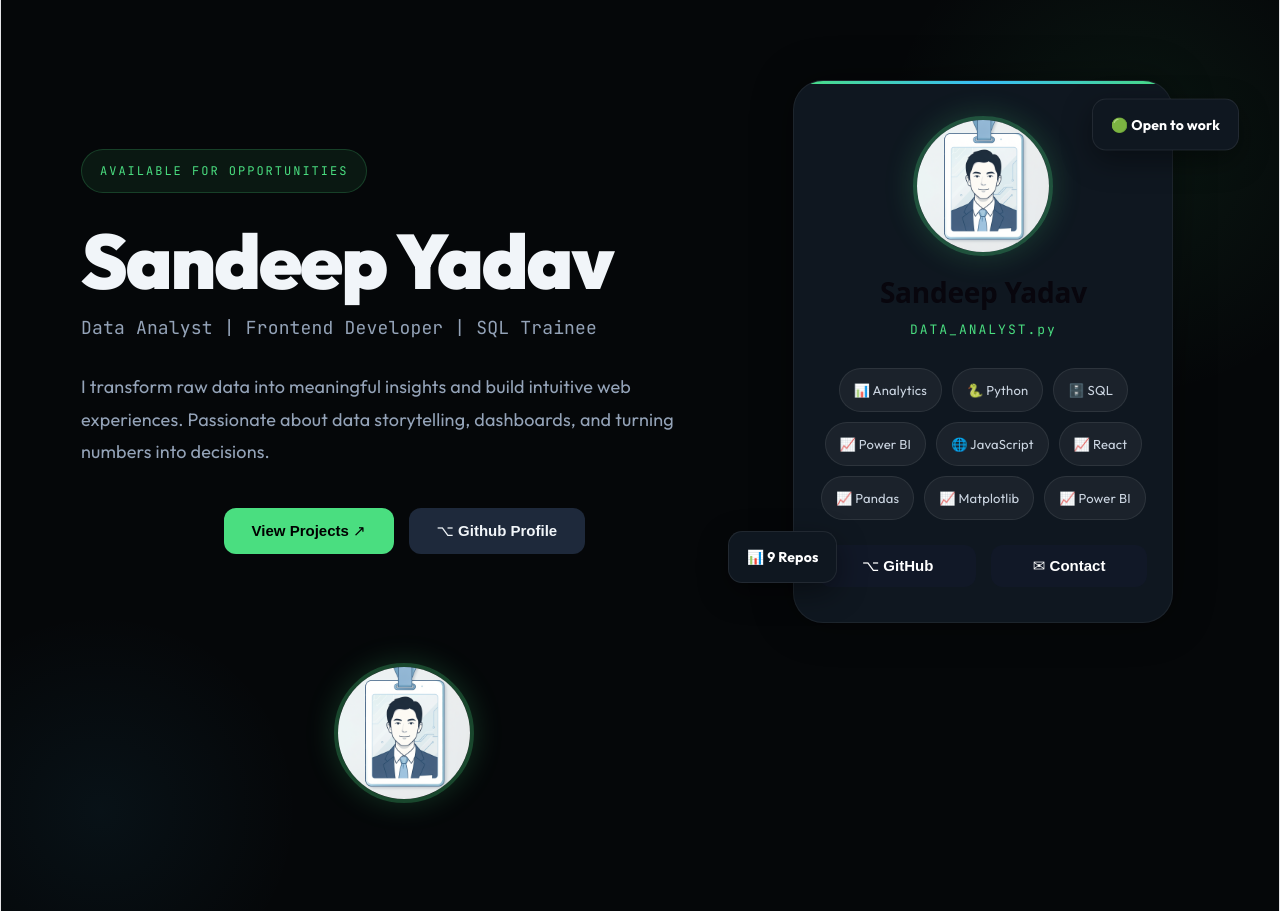
Repository: SandeepYadav18717/sandeepyadav
Page: / (app in Datanaltics_ portfolio/)
An editor plug-in stored every save of this project. The page is shown before and after the next save, followed by the edit.
The browser window is 1280 px wide. The pictures show the whole page.
The project was rebuilt for these pictures with package versions that can differ from the ones it lists, and the page was loaded fresh each time. Also part of the build but not shown: Datanaltics_ portfolio/vite.config.js, Datanaltics_ portfolio/src/App.css.

Above is the page before, as saved 2026-05-23 05:45:45.

After the next save:
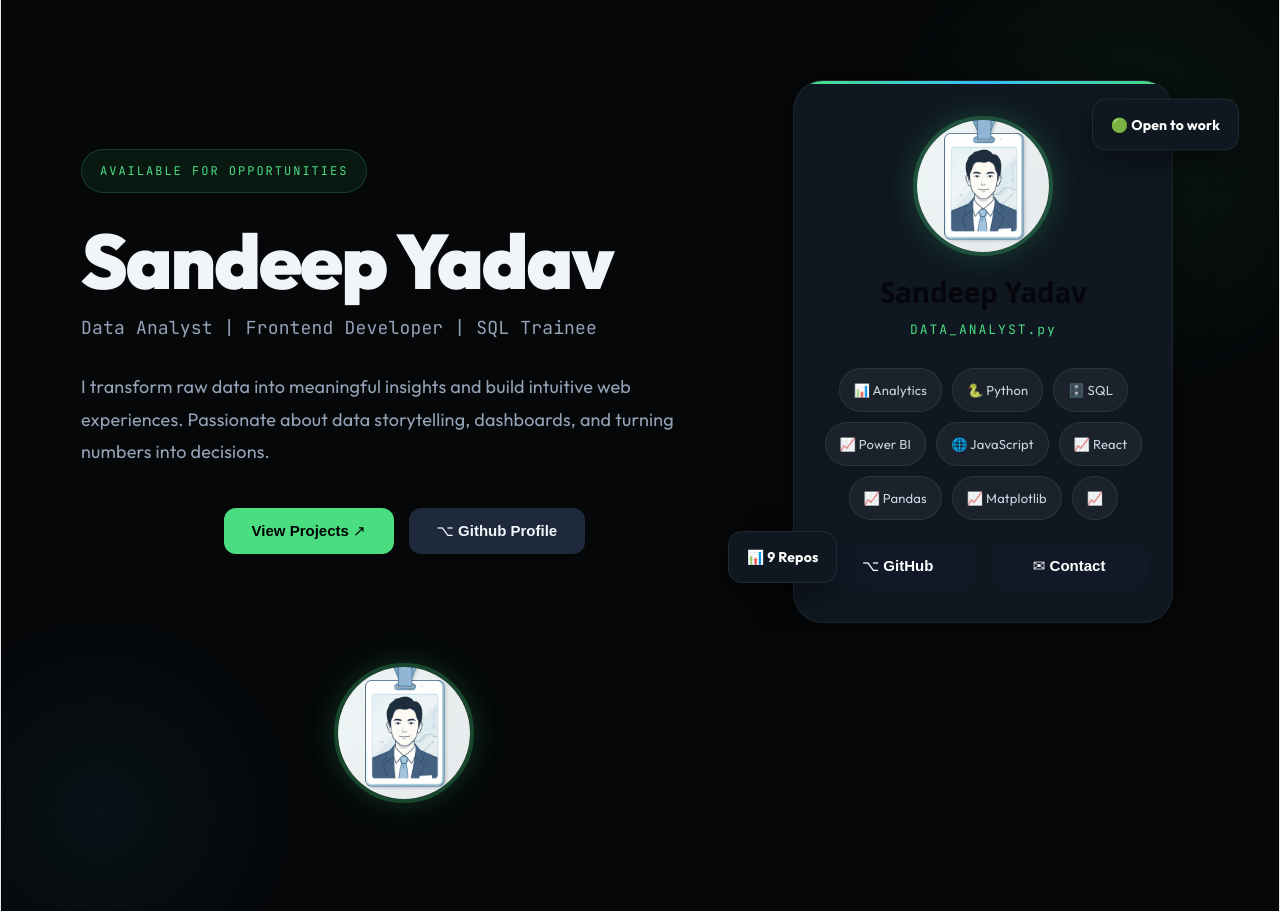
Saved 4 s later.
--- a/Datanaltics_ portfolio/src/pages/Main.jsx
+++ b/Datanaltics_ portfolio/src/pages/Main.jsx
@@ -92,7 +92,7 @@ function Main_Page() {
        <span>📈 React</span>
         <span>📈 Pandas</span>
          <span>📈 Matplotlib</span>
-          <span>📈 Power BI</span>
+          <span>📈 </span>
 
     </div>
 
